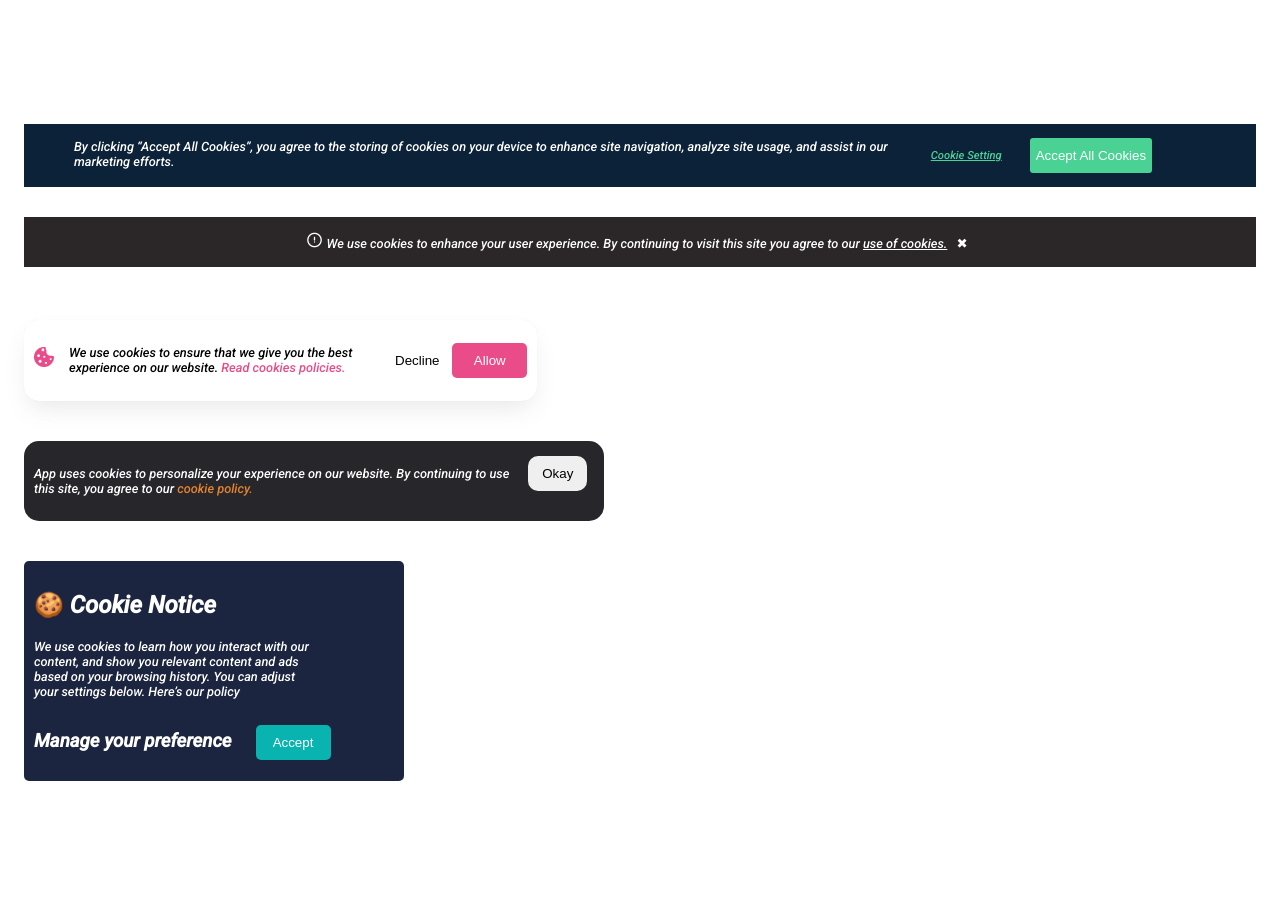
Repository: batonAnton/cursor_cookies_lectr3
Page: index.html
An editor plug-in stored every save of this project. The page is shown before and after the next save, followed by the edit.
The browser window is 1280 px wide. The pictures show the whole page.

Above is the page before, as saved 2022-06-01 14:10:02.

After the next save:
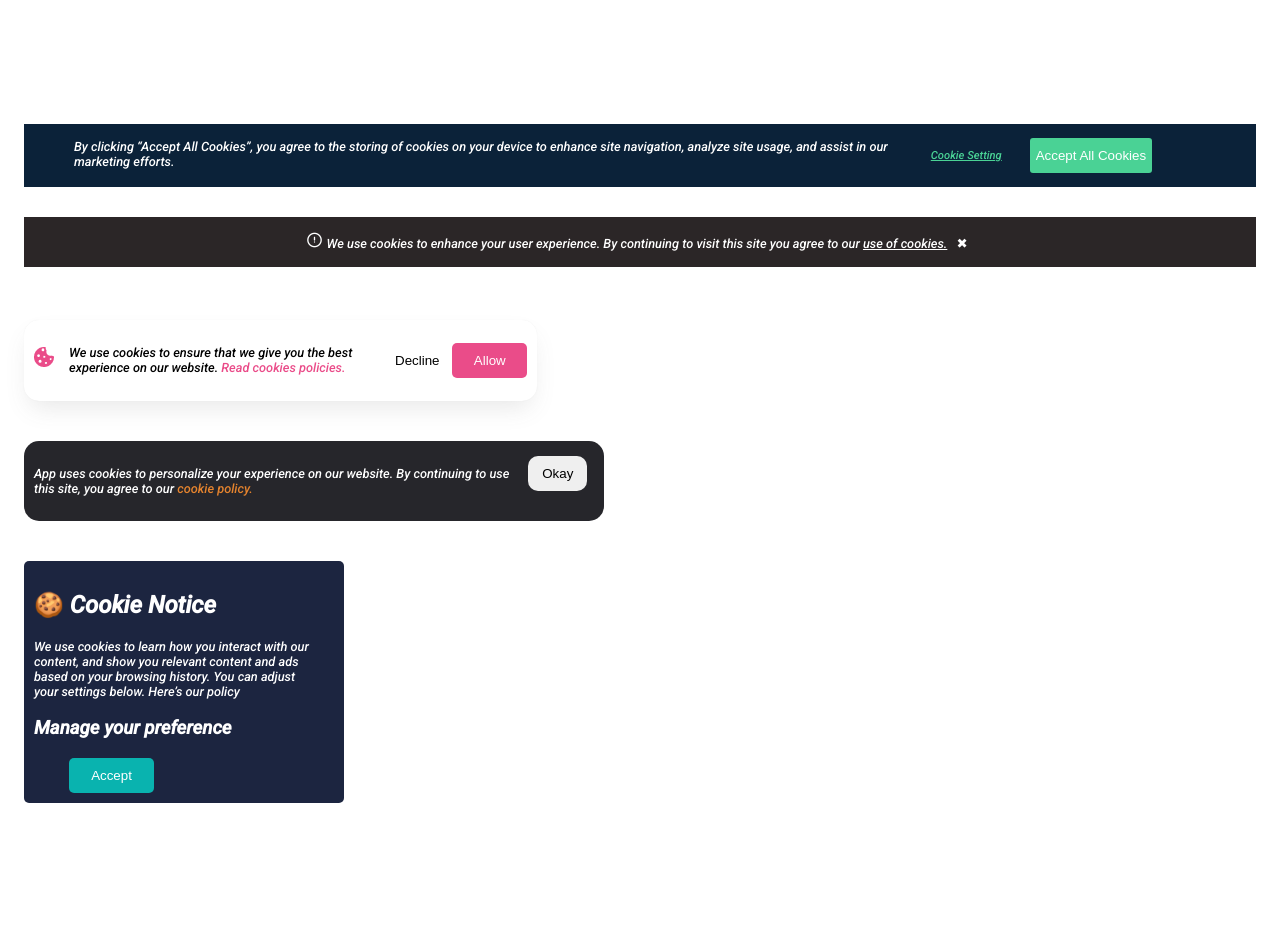
Saved 5 min 56 s later.
--- a/css/style.css
+++ b/css/style.css
@@ -134,14 +134,18 @@ p {
 }
 
 .banner_5 {
-  width: 360px;
+  width: 300px;
   background-color: #1c2540;
   color: #ffffff;
   padding: 10px;
   border-radius: 5px;
 }
 
-h3 {
+.banner_5 a {
+  color: #ffffff;
+}
+
+h4 {
   display: inline-flex;
 }
 
@@ -149,9 +153,9 @@ h3 {
   background-color: #09b3af;
   border-radius: 5px;
   border: none;
-  margin-left: 20px;
+  margin-left: 35px;
   text-transform: capitalize;
   height: 35px;
-  width: 75px;
+  width: 85px;
   color: #ffffff;
 }
